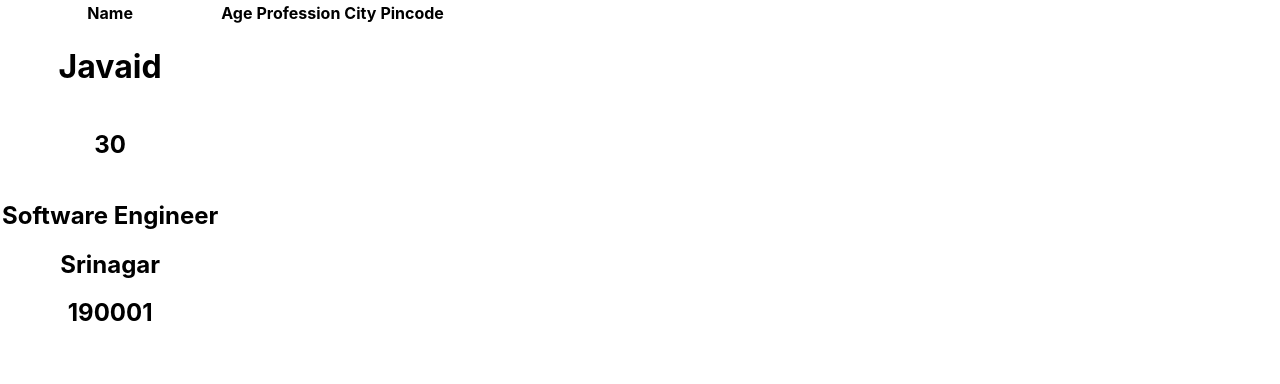
Repository: JavaidAhmadKhan/framer-motion-reacr
Page: /
These files come from the project's save history. The page is drawn as it stood at one moment and after a run of saves; the edit follows.
The browser window is 1280 px wide. The pictures show the whole page.
The project was rebuilt for these pictures with package versions that can differ from the ones it lists, and the page was loaded fresh each time.

Above is the page before, as saved 2022-05-19 17:29:19.

After the next 2 saves:
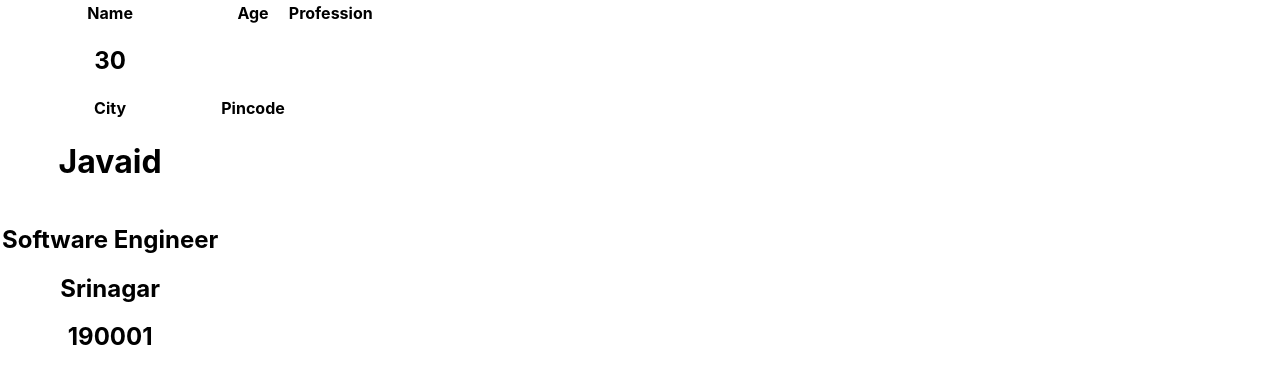
The 2 saves are shown as one change because they came seconds apart.
The last was saved 33 s later.
--- a/src/App.js
+++ b/src/App.js
@@ -25,14 +25,15 @@ class App extends Component {
           <th>Name</th>
           <th>Age</th>
           <th>Profession</th>
+          <tr>
+            <h2>{this.state.age}</h2>
+          </tr>
           <th>City</th>
           <th>Pincode</th>
           <tr>
             <h1>{this.state.name}</h1>
           </tr>
-          <tr>
-            <h2>{this.state.age}</h2>
-          </tr>
+
           <h2>{this.state.profession}</h2>
           <h2>{this.state.address.city}</h2>
           <h2>{this.state.address.pincode}</h2>
